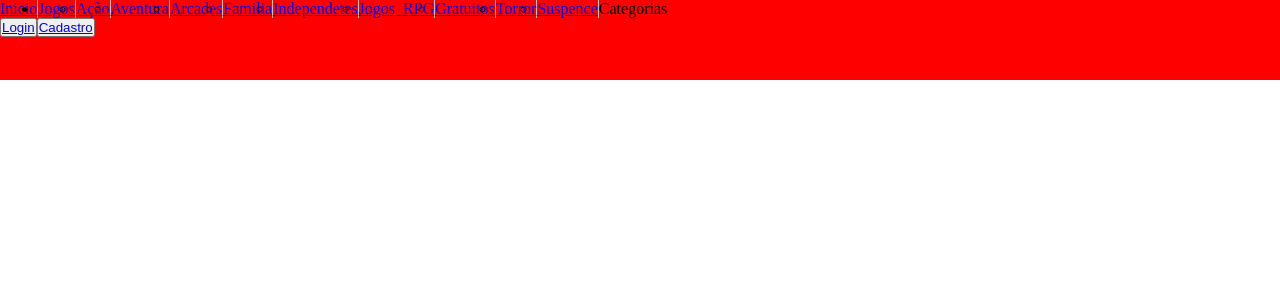
Repository: MarcoantonioCaldeira/Projeto-Go-Gamming
Page: /
These files come from the project's save history. The page is drawn as it stood at one moment and after the next save; the edit follows.
The browser window is 1280 px wide. The pictures show the whole page.
The project was rebuilt for these pictures with package versions that can differ from the ones it lists, and the page was loaded fresh each time. Also part of the build but not shown: src/pages/Inicio/estilo.css, src/pages/rodape/rodape.js, src/pages/Inicio/Inicio.js, src/pages/Jogos/Jogos.js, src/pages/Categorias/Acao.js, src/pages/Categorias/Aventura.js, src/pages/Categorias/Arcades.js, src/pages/Categorias/Familia.js and 7 more.

Above is the page before, as saved 2023-01-25 22:48:24.

After the next save:
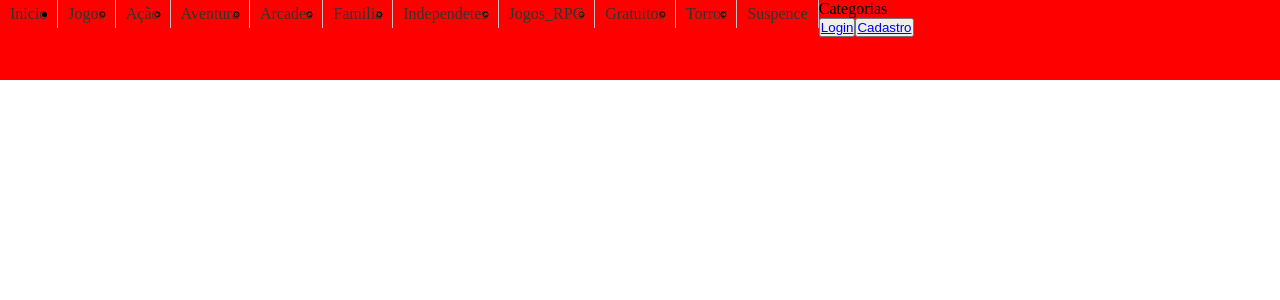
Saved 26 s later.
--- a/src/pages/Menu/estilo.css
+++ b/src/pages/Menu/estilo.css
@@ -25,3 +25,5 @@
     float:left;
     border-right:1px solid #c0c0c0;
 }
+
+#nav_bar li a{color:#333; text-decoration:none; padding:5px 10px; display:block;}
